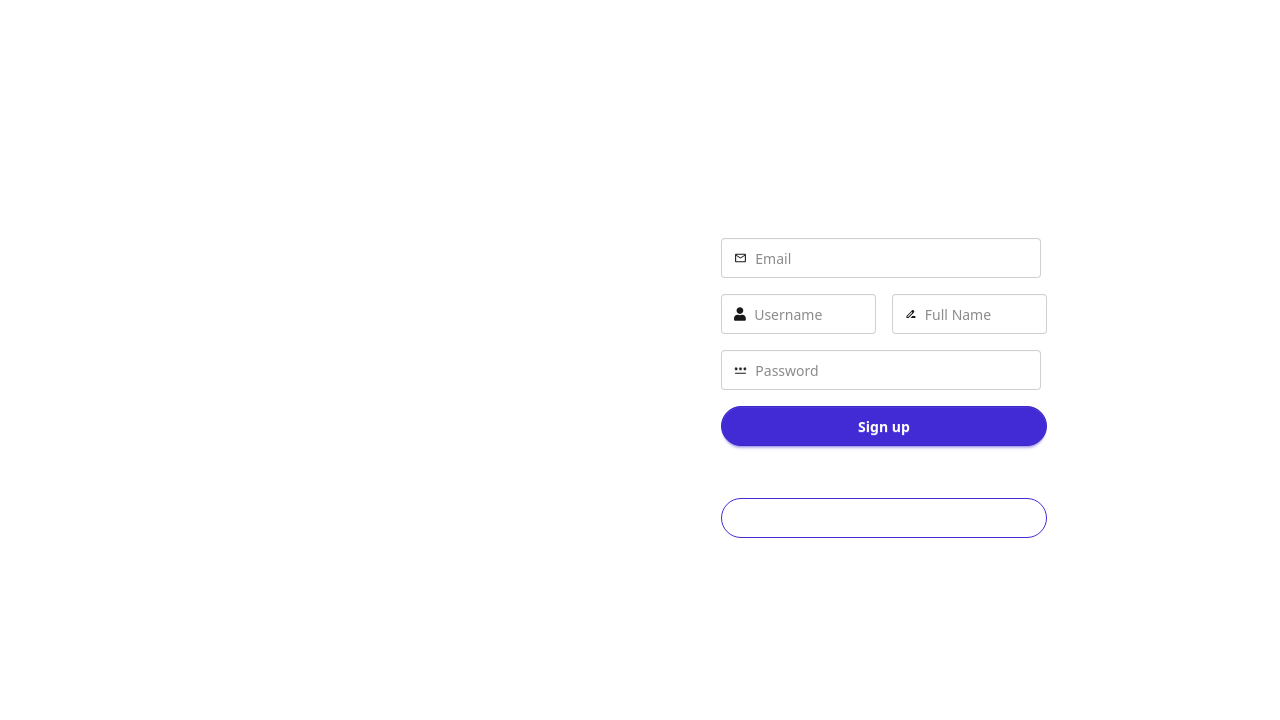
Repository: Subhashree-Nayak507/social_deployment
Page: /signup (app in client/)
The author's editor kept a copy of each file at every save. The page is drawn from the files as they stood at one save, then again after the next save.
The browser window is 1280 px wide. The pictures show the whole page.
Pictures or frames that could not be fetched are drawn as grey boxes. The project was rebuilt for these pictures with package versions that can differ from the ones it lists, and the page was loaded fresh each time. Also part of the build but not shown: client/vite.config.js, client/src/components/common/Posts.jsx, client/src/home/CreatePost.jsx, client/src/home/HomePage.jsx, client/src/pages/auth/LoginPage.jsx.

Above is the page before, as saved 2025-02-10 09:37:32.

After the next save:
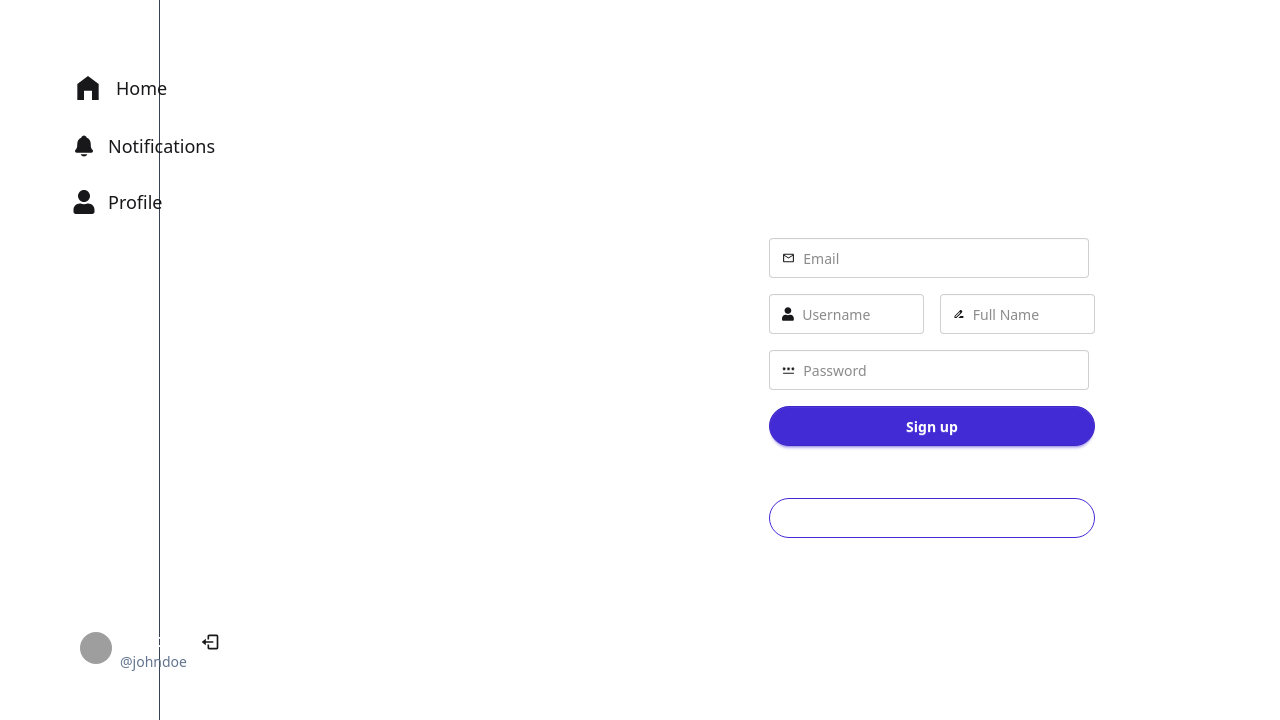
Saved 59 s later.
--- a/client/src/App.jsx
+++ b/client/src/App.jsx
@@ -2,11 +2,13 @@
 import SignUpPage from "./pages/auth/SignupPage";
 import HomePage from "./home/HomePage";
 import LoginPage from "./pages/auth/LoginPage";
+import Sidebar from "./components/common/Sidebar";
 
 function App() {
 
   return (
     <div className='flex max-w-6xl mx-auto'data-theme="black" >
+      <Sidebar />
       <Routes>
         <Route path='/' element={<HomePage />} />
         <Route path='/signup' element={<SignUpPage />} />
